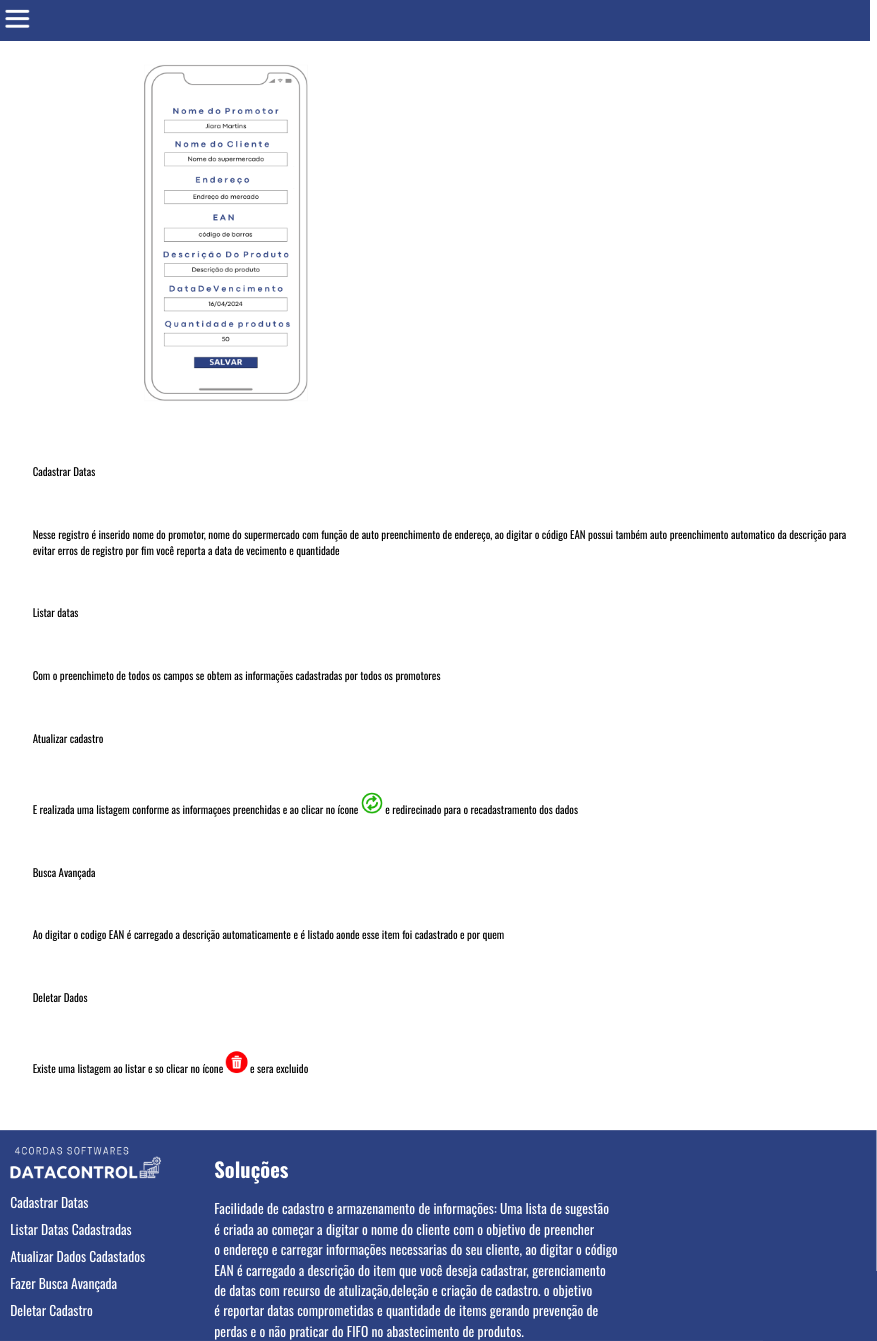
Repository: alfredo-allan/ControleDeDatasFrontEnd
Page: index.html
An editor plug-in stored every save of this project. The page is shown before and after the next save, followed by the edit.
The browser window is 1280 px wide. The page is 1289 px wide, so the pictures cover 1289 px, including what lies to the right of the window. The pictures show the whole page, at 68% of full size.

Above is the page before, as saved 2024-04-30 14:31:35.
Console error: TypeError: Cannot read properties of null (reading 'addEventListener')

After the next save:
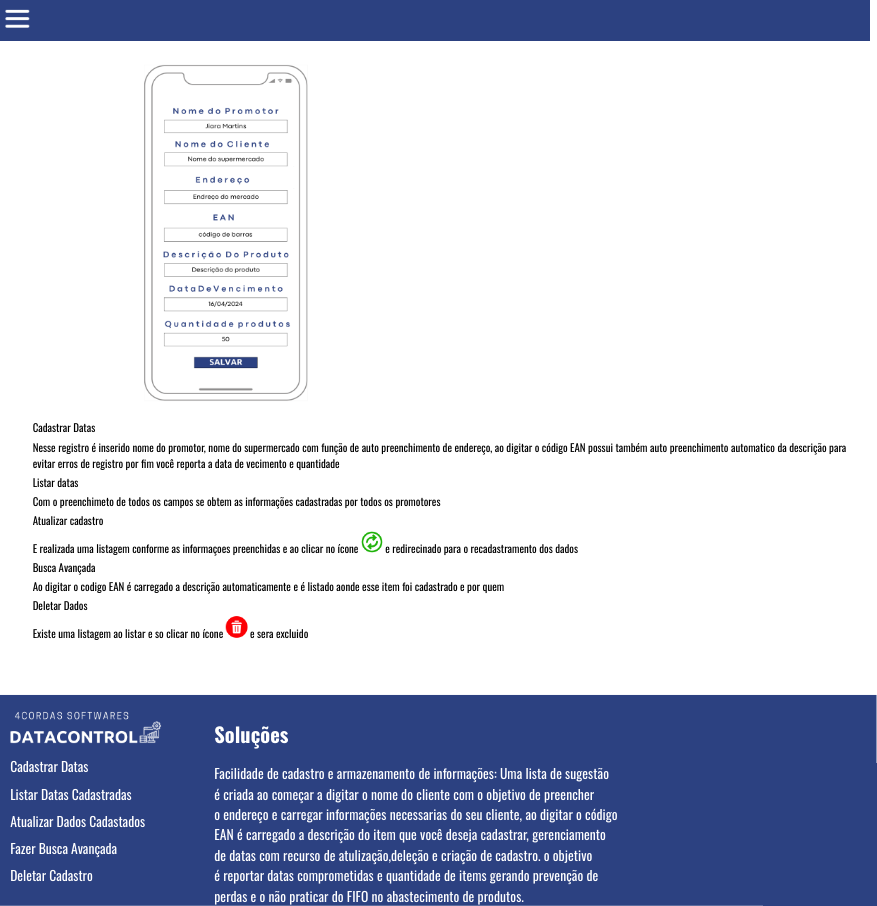
Saved 5 s later.
--- a/style/style.css
+++ b/style/style.css
@@ -449,7 +449,7 @@ button:focus {
     list-style: none;
   }
   span {
-    line-height: 10;
-  }
-
-}
+    line-height: 2;
+  }
+
+}
